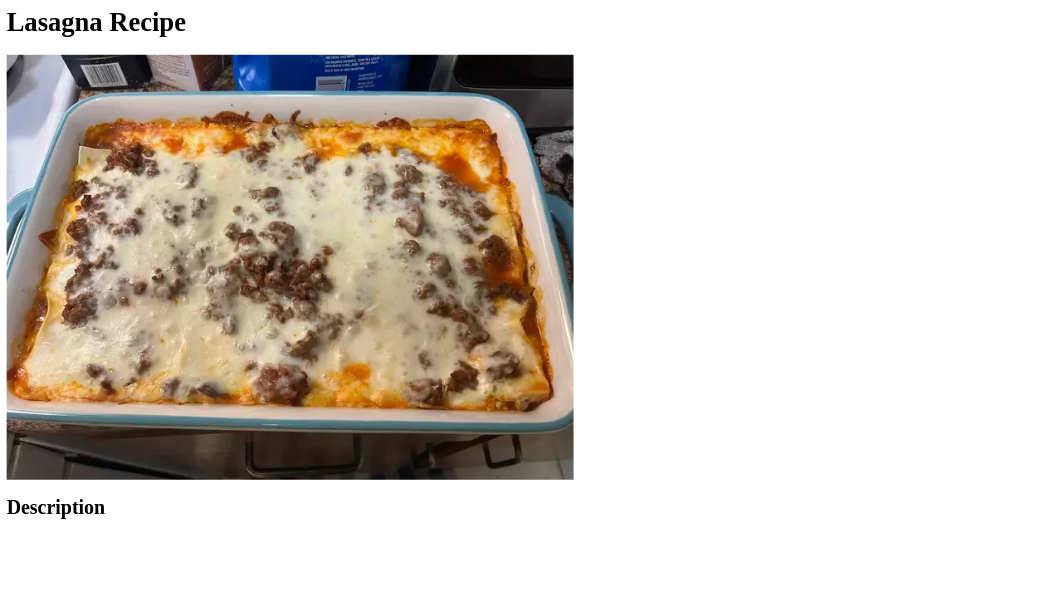
Repository: rsoetydev/odin-recipes
Page: recipes/lasagna.html
These files come from the project's save history. The page is drawn as it stood at one moment and after the next save; the edit follows.
The browser window is 1280 px wide. The pictures show the whole page, at 83% of full size.

Above is the page before, as saved 2023-11-25 10:55:50.

After the next save:
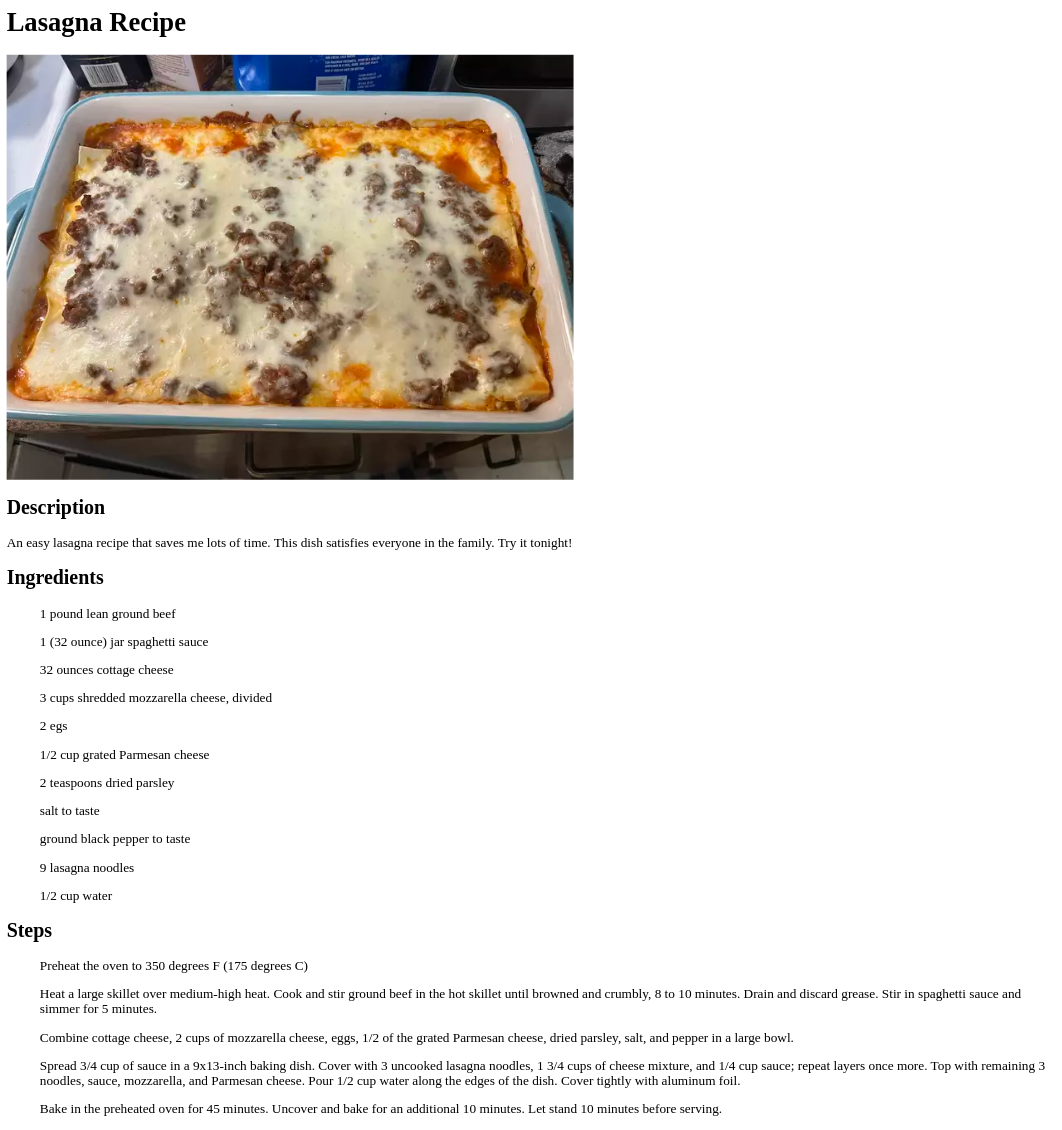
Saved 6 min 2 s later.
--- a/recipes/lasagna.html
+++ b/recipes/lasagna.html
@@ -1,3 +1,25 @@
 <h1>Lasagna Recipe</h1>
 <img src="./images/lasagna.webp" alt="Lasagna Picture">
+
 <h2>Description</h2>
+<p>An easy lasagna recipe that saves me lots of time. This dish satisfies everyone in the family. Try it tonight!</p>
+
+<h2>Ingredients</h2>
+<ul>1 pound lean ground beef</ul>
+<ul>1 (32 ounce) jar spaghetti sauce</ul>
+<ul>32 ounces cottage cheese</ul>
+<ul>3 cups shredded mozzarella cheese, divided</ul>
+<ul>2 egs</ul>
+<ul>1/2 cup grated Parmesan cheese</ul>
+<ul>2 teaspoons dried parsley</ul>
+<ul>salt to taste</ul>
+<ul>ground black pepper to taste</ul>
+<ul>9 lasagna noodles</ul>
+<ul>1/2 cup water</ul>
+
+<h2>Steps</h2>
+<ol>Preheat the oven to 350 degrees F (175 degrees C)</ol>
+<ol>Heat a large skillet over medium-high heat. Cook and stir ground beef in the hot skillet until browned and crumbly, 8 to 10 minutes. Drain and discard grease. Stir in spaghetti sauce and simmer for 5 minutes.</ol>
+<ol>Combine cottage cheese, 2 cups of mozzarella cheese, eggs, 1/2 of the grated Parmesan cheese, dried parsley, salt, and pepper in a large bowl.</ol>
+<ol>Spread 3/4 cup of sauce in a 9x13-inch baking dish. Cover with 3 uncooked lasagna noodles, 1 3/4 cups of cheese mixture, and 1/4 cup sauce; repeat layers once more. Top with remaining 3 noodles, sauce, mozzarella, and Parmesan cheese. Pour 1/2 cup water along the edges of the dish. Cover tightly with aluminum foil.</ol>
+<ol>Bake in the preheated oven for 45 minutes. Uncover and bake for an additional 10 minutes. Let stand 10 minutes before serving.</ol>
